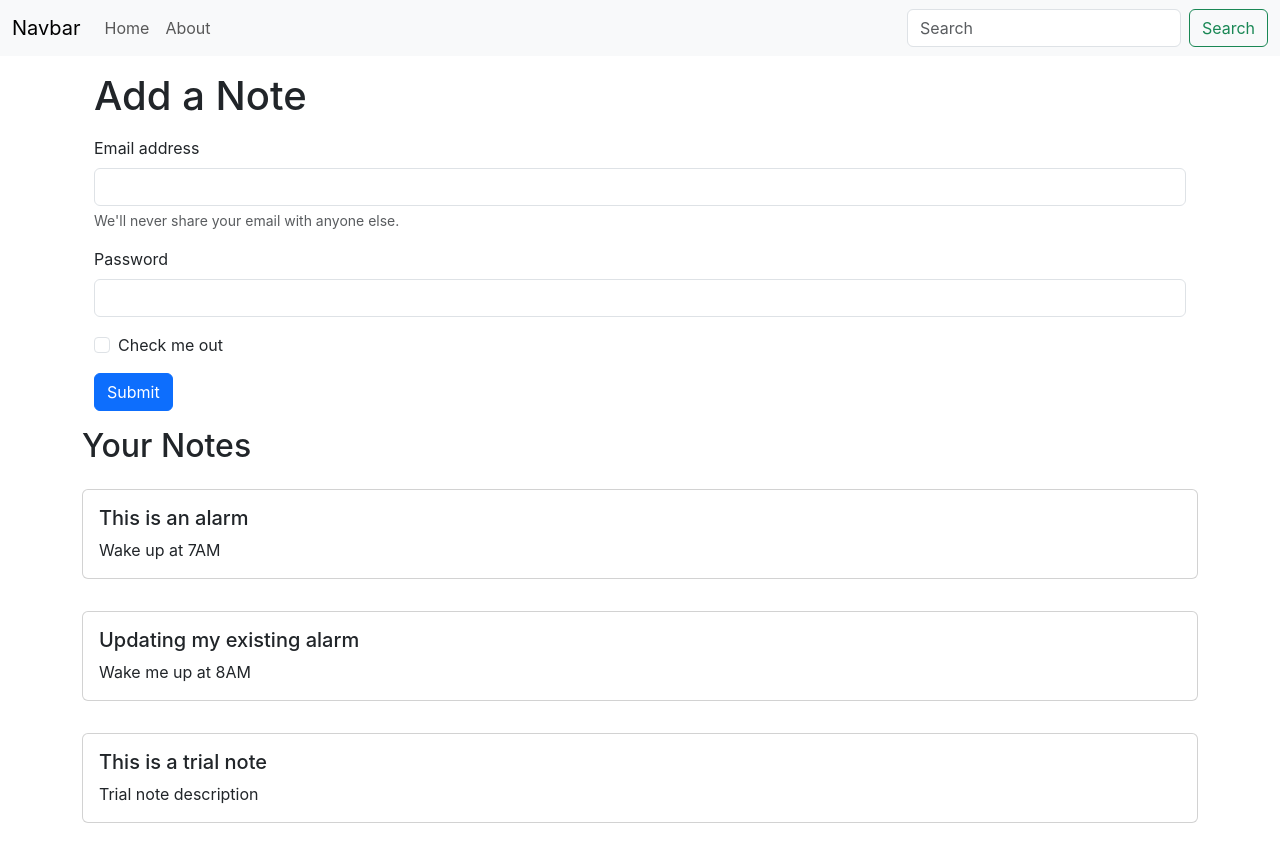
Repository: bhaveshdaipuria/inotebook
Page: /home
The author's editor kept a copy of each file at every save. The page is drawn from the files as they stood at one save, then again after the next save.
The browser window is 1280 px wide. The pictures show the whole page.
The project was rebuilt for these pictures with package versions that can differ from the ones it lists, and the page was loaded fresh each time. Also part of the build but not shown: src/App.css, src/components/About.js.

Above is the page before, as saved 2023-05-03 14:20:45.

After the next save:
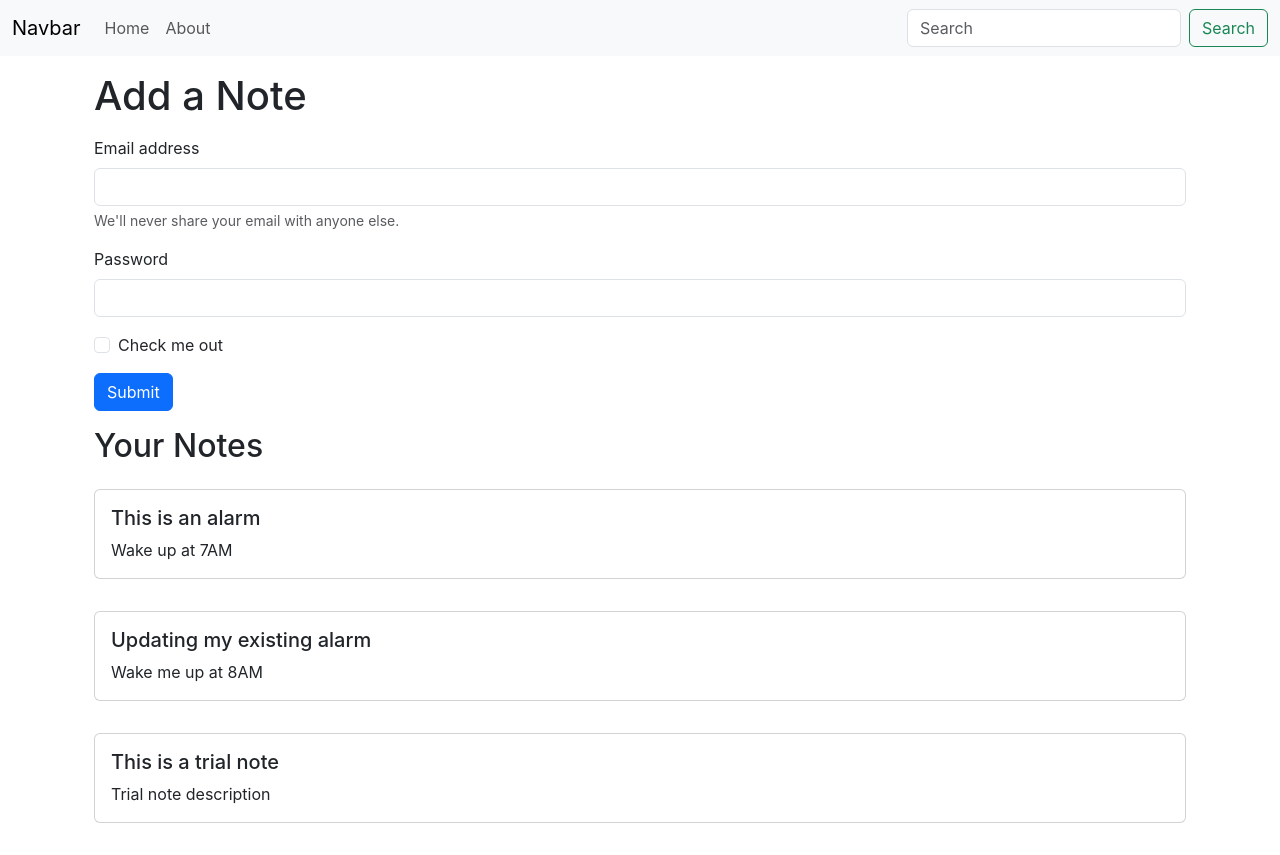
Saved 62 s later.
--- a/src/components/Home.js
+++ b/src/components/Home.js
@@ -22,8 +22,8 @@
   </div>
   <button type="submit" className="btn btn-primary">Submit</button>
 </form>
+<Notes/>
 </div>
-<Notes/>
 </div>
   )
 }

After the save that followed:
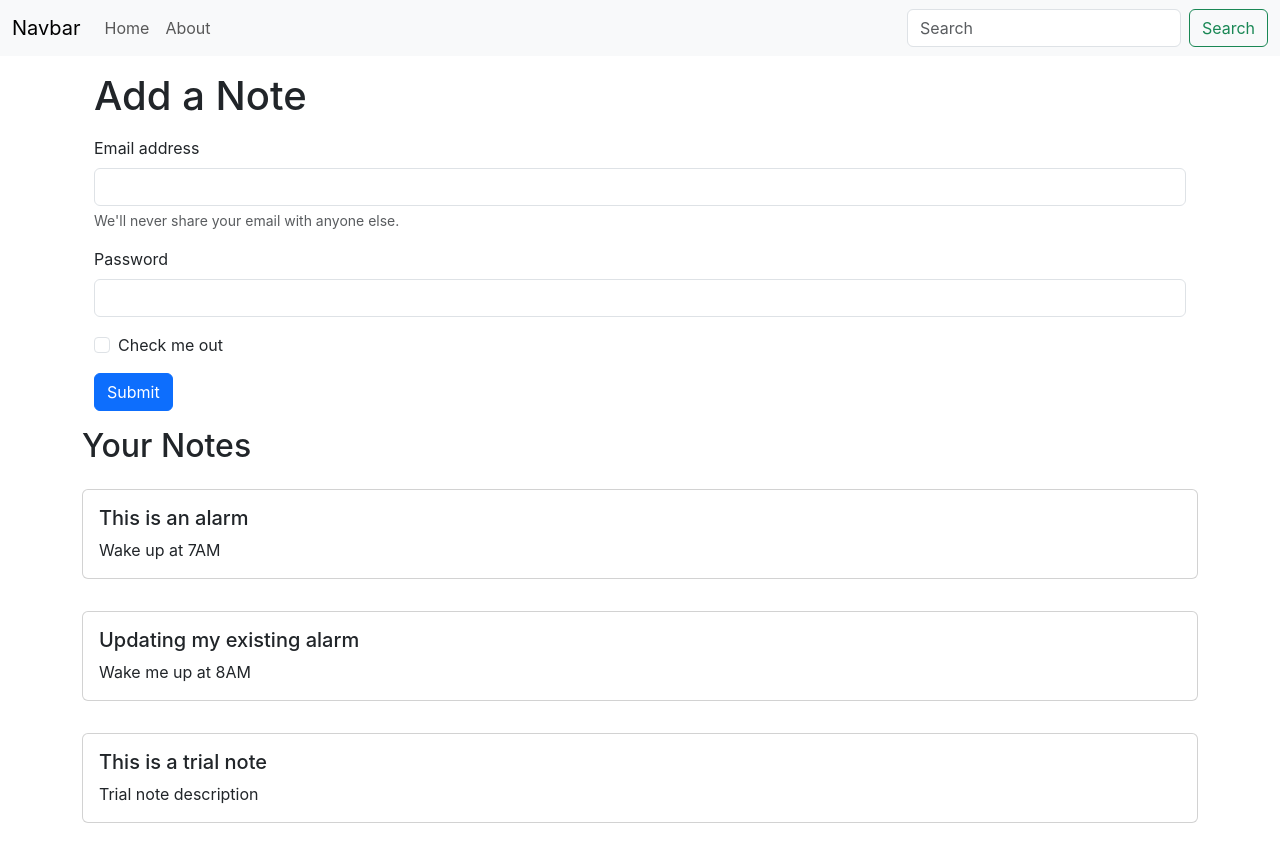
Saved 17 s later.
--- a/src/components/Home.js
+++ b/src/components/Home.js
@@ -22,8 +22,8 @@
   </div>
   <button type="submit" className="btn btn-primary">Submit</button>
 </form>
+</div>
 <Notes/>
-</div>
 </div>
   )
 }
